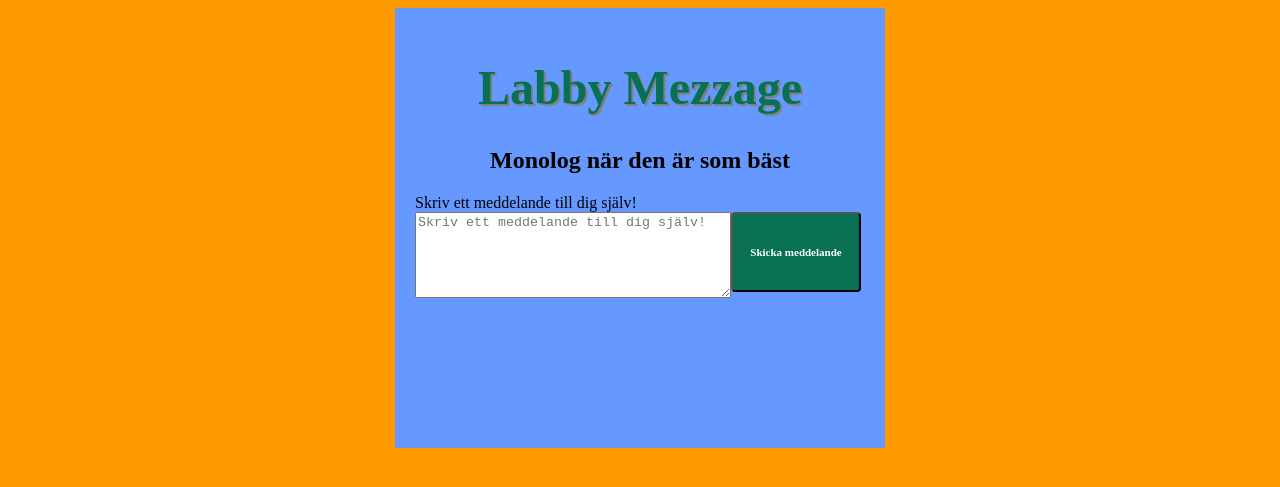
Repository: mi222ep/1dv403-laborationer
Page: 2-labbymezzage/index.html
The author's editor kept a record of every edit. The page is drawn from the files as they stood at one moment, then again after the next edit.
The browser window is 1280 px wide. The pictures show the whole page.

Above is the page before.

After the next edit:
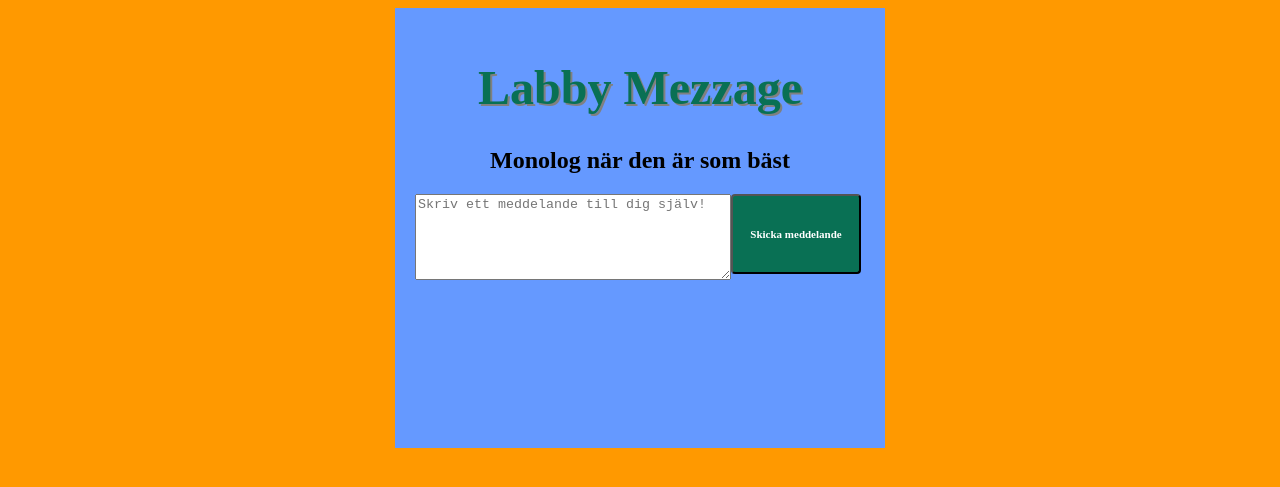
The edit:
--- a/2-labbymezzage/index.html
+++ b/2-labbymezzage/index.html
@@ -12,7 +12,7 @@
     <h1>Labby Mezzage</h1>
     <h2>Monolog när den är som bäst</h2>
 
-    <div id="messagearea">Skriv ett meddelande till dig själv!</div>
+    <div id="messagearea"></div>
 
  			<textarea type="text" id="meddelande" placeholder="Skriv ett meddelande till dig själv!"></textarea>
  			<input id="send" type="submit" value="Skicka meddelande" />
